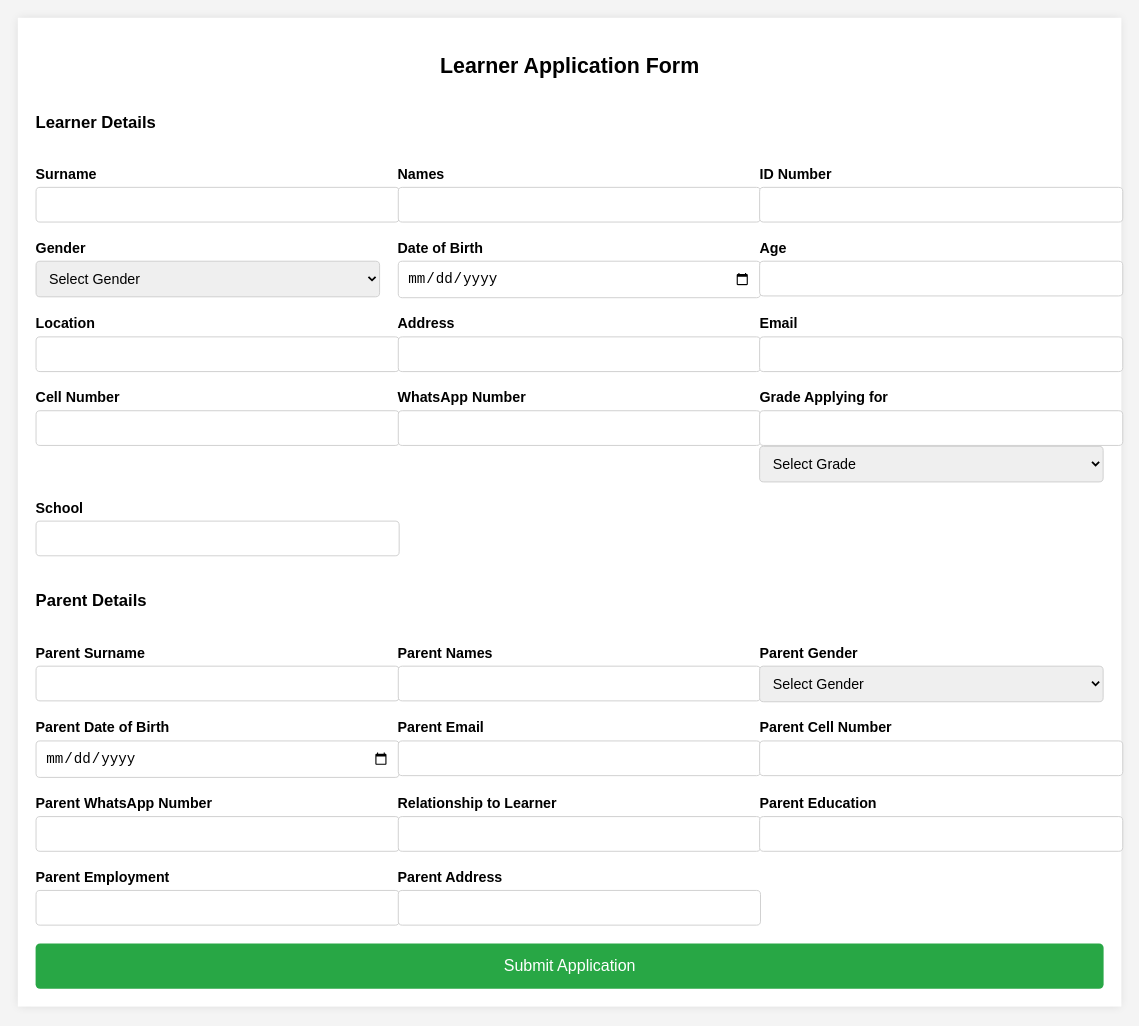
Repository: Soshtakovich/Asifunde
Page: Application_system/apply.html
The author's editor kept a copy of each file at every save. The page is drawn from the files as they stood at one save, then again after the next save.
The browser window is 1280 px wide. The pictures show the whole page, at 89% of full size.

Above is the page before, as saved 2024-10-18 18:02:07.
Console error: TypeError: Cannot read properties of null (reading 'addEventListener')

### Application_system/apply.html
  <!DOCTYPE html>
<html lang="en">
<head>
  <meta charset="UTF-8">
  <meta name="viewport" content="width=device-width, initial-scale=1.0">
  <title>Learner Application Form</title>
  <link rel="stylesheet" href="statics/css/apply.css">
  <script defer src="statics/js/apply.js"></script>
  <style>

  </style>
</head>
<body>

<div class="container">
  <h2>Learner Application Form</h2>
  <form action="/submit" method="POST">

    <!-- Learner Information -->
    <h3>Learner Details</h3>
    <div class="grid">
      <div>
        <label for="surname">Surname</label>
        <input type="text" id="surname" name="surname" required>
      </div>
      <div>
        <label for="names">Names</label>
        <input type="text" id="names" name="names" required>
      </div>
      <div>
        <label for="id_number">ID Number</label>
        <input type="text" id="id_number" name="id_number" required>
      </div>
      <div>
        <label for="gender">Gender</label>
        <select id="gender" name="gender" required>
          <option value="">Select Gender</option>
          <option value="Male">Male</option>
          <option value="Female">Female</option>
          <option value="Other">Other</option>
        </select>
      </div>
      <div>
        <label for="dob">Date of Birth</label>
        <input type="date" id="dob" name="dob" required>
      </div>
      <div>
        <label for="age">Age</label>
        <input type="number" id="age" name="age" required>
      </div>
      <div>
        <label for="location">Location</label>
        <input type="text" id="location" name="location">
      </div>
      <div>
        <label for="address">Address</label>
        <input type="text" id="address" name="address">
      </div>
      <div>
        <label for="email">Email</label>
        <input type="email" id="email" name="email" required>
      </div>
      <div>
        <label for="cell_number">Cell Number</label>
        <input type="tel" id="cell_number" name="cell_number">
      </div>
      <div>
        <label for="whatsapp_number">WhatsApp Number</label>
        <input type="tel" id="whatsapp_number" name="whatsapp_number">
      </div>
      <div>
        <label for="grade">Grade Applying for</label>
        <input type="text" id="grade" name="grade">
        <select id="grader" name="grade" required>
          <option value="">Select Grade</option>
          <option value="Grade10">10</option>
          <option value="Grade11">11</option>
          <option value="Grade12">12</option>
        </select>
      </div>
      <div>
        <label for="school">School</label>
        <input type="text" id="school" name="school">
      </div>
    </div>

    <!-- Parent Information -->
    <h3>Parent Details</h3>
    <div class="grid">
      <div>
        <label for="parent_surname">Parent Surname</label>
        <input type="text" id="parent_surname" name="parent_surname" required>
      </div>
      <div>
        <label for="parent_names">Parent Names</label>
        <input type="text" id="parent_names" name="parent_names" required>
      </div>
      <div>
        <label for="parent_gender">Parent Gender</label>
        <select id="parent_gender" name="parent_gender" required>
          <option value="">Select Gender</option>
          <option value="Male">Male</option>
          <option value="Female">Female</option>
          <option value="Other">Other</option>
        </select>
      </div>
      <div>
        <label for="parent_dob">Parent Date of Birth</label>
        <input type="date" id="parent_dob" name="parent_dob" required>
      </div>
      <div>
        <label for="parent_email">Parent Email</label>
        <input type="email" id="parent_email" name="parent_email" required>
      </div>
      <div>
        <label for="parent_cell_number">Parent Cell Number</label>
        <input type="tel" id="parent_cell_number" name="parent_cell_number">
      </div>
      <div>
        <label for="parent_whatsapp_number">Parent WhatsApp Number</label>
        <input type="tel" id="parent_whatsapp_number" name="parent_whatsapp_number">
      </div>
      <div>
        <label for="relationship">Relationship to Learner</label>
        <input type="text" id="relationship" name="relationship">
      </div>
      <div>
        <label for="education">Parent Education</label>
        <input type="text" id="education" name="education">
      </div>
      <div>
        <label for="employment">Parent Employment</label>
        <input type="text" id="employment" name="employment">
      </div>
      <div>
        <label for="parent_address">Parent Address</label>
        <input type="text" id="parent_address" name="parent_address">
      </div>
    </div>

    <div>
      <input type="submit" value="Submit Application">
    </div>

  </form>
</div>

</body>
</html>

### Application_system/statics/css/apply.css
body {
  font-family: Arial, sans-serif;
  background-color: #f4f4f4;
  margin: 0;
  padding: 20px;
}

.container {
  max-width: 1200px;
  margin: 0 auto;
  background-color: #fff;
  padding: 20px;
  box-shadow: 0 0 10px rgba(0, 0, 0, 0.1);
}

h2 {
  text-align: center;
  margin-bottom: 20px;
}

form {
  display: grid;
  gap: 20px;
}

.grid {
  display: grid;
  grid-template-columns: repeat(auto-fit, minmax(300px, 1fr));
  gap: 20px;
}

label {
  display: block;
  font-weight: bold;
  margin-bottom: 5px;
}

input, select {
  width: 100%;
  padding: 10px;
  font-size: 16px;
  border: 1px solid #ccc;
  border-radius: 5px;
}

input[type="submit"] {
  background-color: #28a745;
  color: white;
  border: none;
  cursor: pointer;
  font-size: 18px;
  padding: 15px;
}

input[type="submit"]:hover {
  background-color: #218838;
}

@media (max-width: 768px) {
  .grid {
    grid-template-columns: 1fr;
  }
}

### Application_system/statics/js/apply.js
document.getElementById('applicationForm').addEventListener('submit', async function (event) {
    event.preventDefault();
    const formData = new FormData(event.target);

    const response = await fetch('application_handler.php', {
      method: 'POST',
      body: formData
    });

    const result = await response.json();
    alert(result.message);
  });

After the next save:
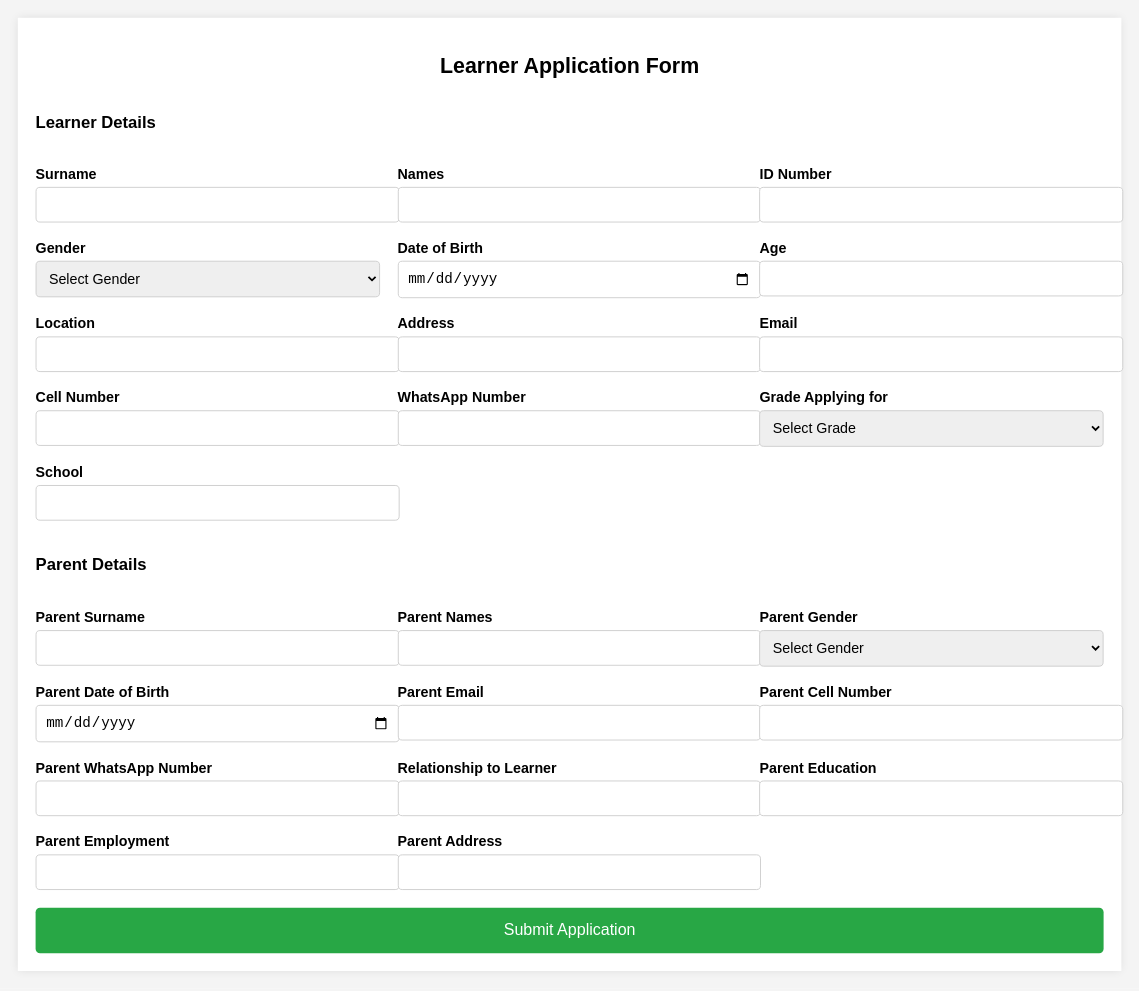
Saved 8 s later.
--- a/Application_system/apply.html
+++ b/Application_system/apply.html
@@ -70,7 +70,6 @@
       </div>
       <div>
         <label for="grade">Grade Applying for</label>
-        <input type="text" id="grade" name="grade">
         <select id="grader" name="grade" required>
           <option value="">Select Grade</option>
           <option value="Grade10">10</option>
